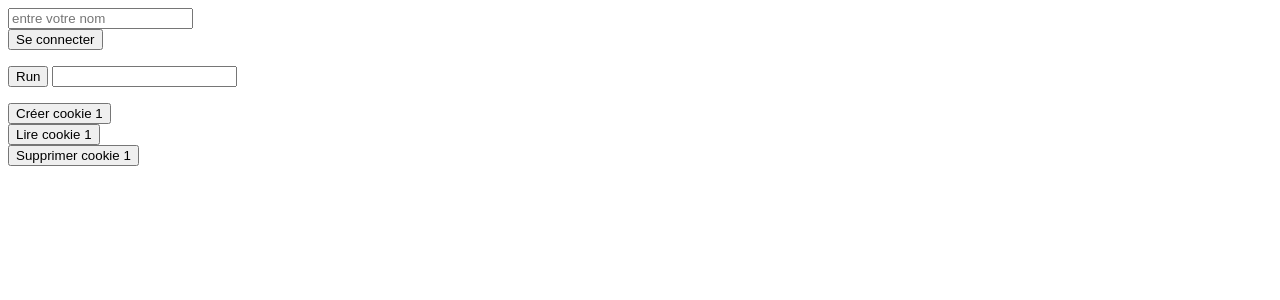
Repository: SarahG4000/workshop-cookies
Page: http://localhost/
The author's editor kept a copy of each file at every save. The page is drawn from the files as they stood at one save, then again after the next save.
The browser window is 1280 px wide. The pictures show the whole page.
The page is run by PHP 8.4 with error messages shown; the project is at /var/www/html/.

Above is the page before, as saved 2020-09-02 12:06:54.

### src/index.php
<?php
include './php/cookies.php'; ?>

<!DOCTYPE html>
<html lang="en">

<head>
    <meta charset="UTF-8">
    <meta name="viewport" content="width=device-width, initial-scale=1.0">
    <title>Workshop</title>
</head>

<body>
    <div id="app">
        <button id="run">Run</button>

        <input type="text" id="creatin"  />
        <p>
        <button id="creat">Créer cookie 1</button><br>
        <button id="read">Lire cookie 1</button><br>
        <button id="delete">Supprimer cookie 1</button>
        </p>


        <!-- <?php
//HelloWorld();
?> -->
    </div>
    <script src="./javasscript/cookies.js"></script>

</body>

</html>

### src/php/cookies.php
<?php
$nomutilisateur = null;
if (!empty($_GET['action']) && $_GET['action'] === 'deconnecter') {
    unset($_COOKIE['nomutilisateur']);
    setcookie('name', '', time() - 10);
}
if (!empty($_COOKIE['name'])) {
    $nomutilisateur = $_COOKIE['name'];
}
if (!empty($_POST['nom'])) {
    setcookie('name', $_POST['nom']);
}

// setcookie('name', 'sarah', time() + 60 * 60 * 24);
// var_dump($_COOKIE);

// $hello = 'hello World';

// function HelloWorld()
// {
//     echo '<h1>Hello World</h1>';
// }
//
?>
<?php if ($nomutilisateur): ?>
    <h1>Hello <?= htmlentities($nomutilisateur) ?></h1>
    <a href="index.php?action=deconnecter">Se deconnecter</a>
<?php else: ?>
<form action="" method="post">
<div>
<input name="nom" placeholder="entre votre nom" />
</div>
<button>Se connecter</button>
</form>
<?php endif; ?>

### src/javasscript/cookies.js
const hello = 'Hello World'

document.querySelector('#run').addEventListener('click', () => {
  console.log(hello)
})

After the next save:
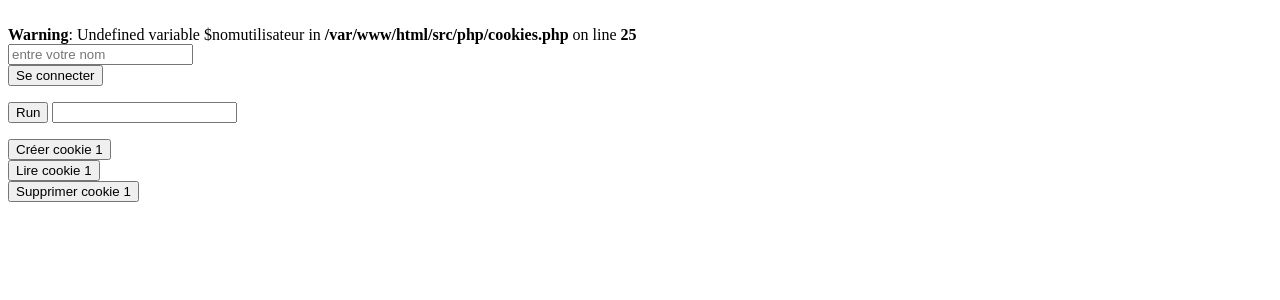
Saved 2 min 27 s later.
--- a/src/php/cookies.php
+++ b/src/php/cookies.php
@@ -1,15 +1,15 @@
 <?php
-$nomutilisateur = null;
-if (!empty($_GET['action']) && $_GET['action'] === 'deconnecter') {
-    unset($_COOKIE['nomutilisateur']);
-    setcookie('name', '', time() - 10);
-}
-if (!empty($_COOKIE['name'])) {
-    $nomutilisateur = $_COOKIE['name'];
-}
-if (!empty($_POST['nom'])) {
-    setcookie('name', $_POST['nom']);
-}
+// $nomutilisateur = null;
+// if (!empty($_GET['action']) && $_GET['action'] === 'deconnecter') {
+//     unset($_COOKIE['nomutilisateur']);
+//     setcookie('name', '', time() - 10);
+// }
+// if (!empty($_COOKIE['name'])) {
+//     $nomutilisateur = $_COOKIE['name'];
+// }
+// if (!empty($_POST['nom'])) {
+//     setcookie('name', $_POST['nom']);
+// }
 
 // setcookie('name', 'sarah', time() + 60 * 60 * 24);
 // var_dump($_COOKIE);

After the save that followed:
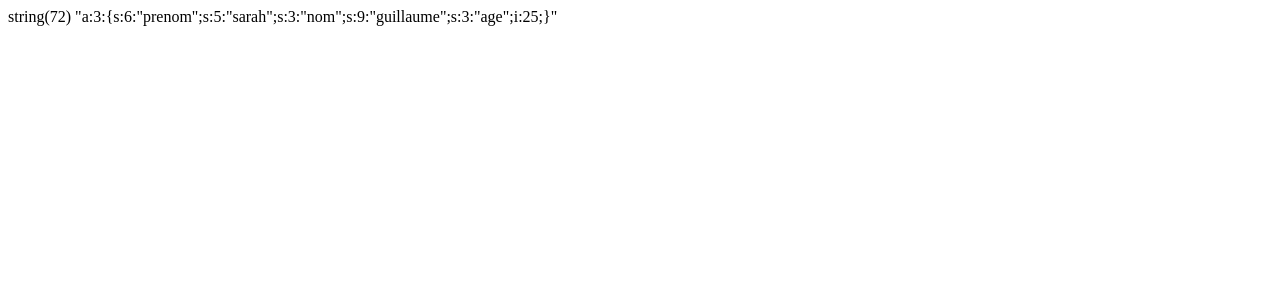
Saved 2 min 15 s later.
--- a/src/php/cookies.php
+++ b/src/php/cookies.php
@@ -1,4 +1,12 @@
 <?php
+$user = [
+    'prenom' => 'sarah',
+    'nom' => 'guillaume',
+    'age' => 25,
+];
+var_dump(serialize($user));
+die();
+
 // $nomutilisateur = null;
 // if (!empty($_GET['action']) && $_GET['action'] === 'deconnecter') {
 //     unset($_COOKIE['nomutilisateur']);
